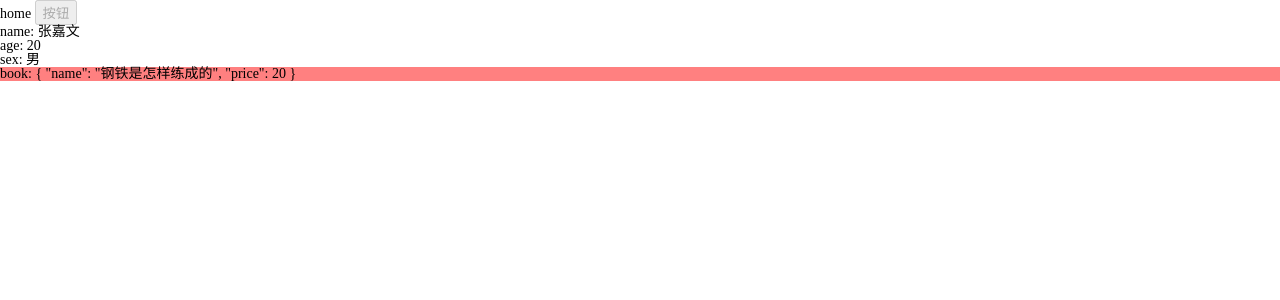
Repository: 596178924/vue3-ts-app
Page: /
The author's editor kept a copy of each file at every save. The page is drawn from the files as they stood at one save, then again after a run of saves.
The browser window is 1280 px wide. The pictures show the whole page.
The project was rebuilt for these pictures with package versions that can differ from the ones it lists, and the page was loaded fresh each time. Also part of the build but not shown: vite.config.ts.

Above is the page before, as saved 2022-11-09 16:26:38.

### index.html
<!DOCTYPE html>
<html lang="zh">

<head>
  <meta charset="UTF-8" />
  <link rel="icon" type="image/svg+xml" href="/vite.svg" />
  <meta name="viewport" content="width=device-width, initial-scale=1.0" />
  <title>
    ts
  </title>
</head>

<body>
  <noscript>
    <strong>We're sorry but this doesn't work properly without JavaScript enabled.
        Please enable it to continue.</strong>
  </noscript>
  <div id="app"></div>
  <script type="module" src="/src/main.ts"></script>
</body>

</html>

### src/main.ts
import { createApp } from 'vue';
import AppElement from './App.vue'
import pluginInstall from "@/plugins"
import Router from "@/router"

(() => {
    const app = createApp(AppElement);
    app.use(pluginInstall);
    app.use(Router);
    app.mount('#app');
})()

### src/App.vue
<style lang="less">
@import '@/styles/index.less';
</style>

<template>
	<router-view></router-view>
</template>

<script setup lang="ts">
</script>

### src/plugins/index.ts
import { App } from "@vue/runtime-core";
import piniaInstall from "@/store";
export default function install(app: App) {
	app.use(piniaInstall);
}

### src/router/index.ts
import { createRouter, createWebHistory } from 'vue-router';
import routes from "./routes"
const router = createRouter({
    history: createWebHistory(),
    routes,
});

export default router;

### src/styles/index.less
@import './resetCss.less';

### src/styles/resetCss.less
/* http://meyerweb.com/eric/tools/css/reset/
   v2.0 | 20110126
   License: none (public domain)
*/
html, body, div, span, applet, object, iframe,
h1, h2, h3, h4, h5, h6, p, blockquote, pre,
a, abbr, acronym, address, big, cite, code,
del, dfn, em, img, ins, kbd, q, s, samp,
small, strike, strong, sub, sup, tt, var,
b, u, i, center,
dl, dt, dd, ol, ul, li,
fieldset, form, label, legend,
table, caption, tbody, tfoot, thead, tr, th, td,
article, aside, canvas, details, embed,
figure, figcaption, footer, header, hgroup,
menu, nav, output, ruby, section, summary,
time, mark, audio, video {
	margin: 0;
	padding: 0;
	border: 0;
	font: inherit;
	vertical-align: baseline;
}
/* HTML5 display-role reset for older browsers */
article, aside, details, figcaption, figure,
footer, header, hgroup, menu, nav, section {
	display: block;
}
body {
	line-height: 1;
	font-size: 14px;
}
ol, ul {
	list-style: none;
}
blockquote, q {
	quotes: none;
}
blockquote:before, blockquote:after,
q:before, q:after {
	content: '';
	content: none;
}
table {
	border-collapse: collapse;
	border-spacing: 0;
}

### src/store/index.ts
import { createPinia } from 'pinia'
// import piniaPluginPersist from 'pinia-plugin-persist'
const store = createPinia()
// store.use(piniaPluginPersist)
export default store

### src/router/routes.ts
import {  RouteRecordRaw } from 'vue-router';

const routes: Array<RouteRecordRaw> = [
    {
        path: '/',
        name: 'Home',
        component: ()=> import('@v/home/index.vue'),
    }
]

export default routes

### src/views/home/index.vue
<template>
	<div>
		home
		<button disabled>按钮</button>
		<p>name: {{ name }}</p>
		<p>age: {{ age }}</p>
		<p>sex: {{ sex }}</p>
		<p class="test">book: {{ book }}</p>

	</div>
</template>

<script setup lang="ts">
import { ref, Ref } from "@vue/reactivity";
interface Book {
	name: String;
	price: Number;
}
const name: Ref<String> = ref("张嘉文");
const age = ref<Number>(20);
const sex = ref("男") as Ref<String>;
const book = ref<Book>({
	name: "钢铁是怎样练成的",
	price: 20,
});
</script>

<style lang="less" scoped>
// @selectors: blue, green, red;

// each(@selectors, {
//   .color-@{value} {
//     color: @value;
//   }
// });
.test {
	background-color: mix(#ff0000, #fff, 50%)
}
</style>

After the next 2 saves:
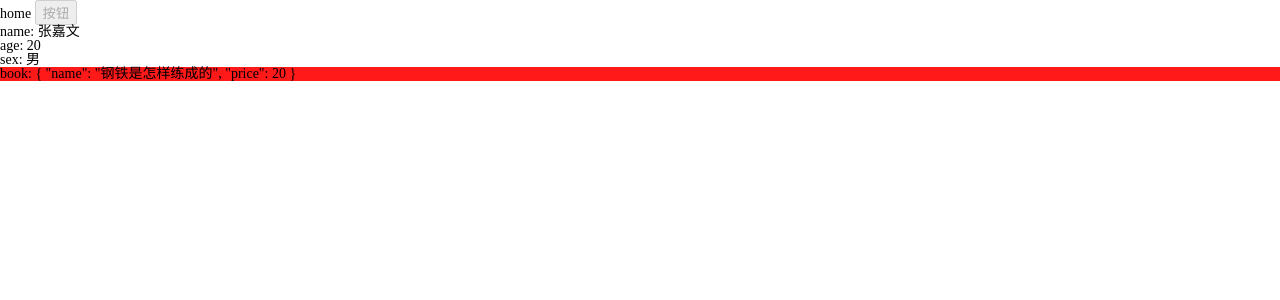
The 2 saves are shown as one change because they came seconds apart.
The last was saved 8 s later.
--- a/src/views/home/index.vue
+++ b/src/views/home/index.vue
@@ -6,7 +6,6 @@
 		<p>age: {{ age }}</p>
 		<p>sex: {{ sex }}</p>
 		<p class="test">book: {{ book }}</p>
-
 	</div>
 </template>
 
@@ -34,6 +33,6 @@ const book = ref<Book>({
 //   }
 // });
 .test {
-	background-color: mix(#ff0000, #fff, 50%)
+	background-color: mix(#ff0000, #fff, 90%);
 }
 </style>
